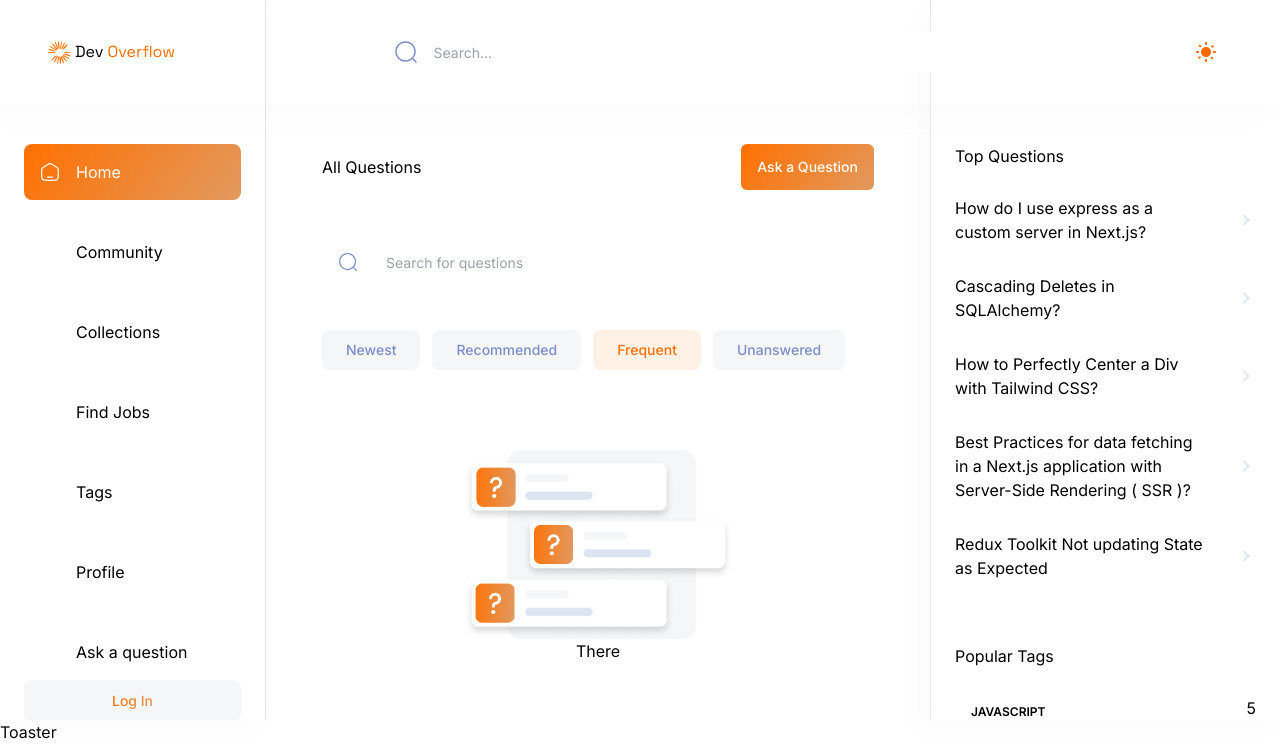
Repository: Saadelfadil/StackOverFlow
Page: /
The author's editor kept a copy of each file at every save. The page is drawn from the files as they stood at one save, then again after a run of saves.
The browser window is 1280 px wide. The pictures show the whole page.
The page's requests for data from a server got no answer. The project was rebuilt for these pictures with package versions that can differ from the ones it lists, and the page was loaded fresh each time. Some packages were replaced by stand-ins written for this rebuild. The framework's server and built-in components were replaced by stand-ins that run in the browser. No one was signed in, and anything a server would have sent is missing. Also part of the build but not shown: next.config.js.

Above is the page before, as saved 2024-01-08 15:02:20.

### app/layout.tsx
import { ClerkProvider } from "@clerk/nextjs";
import React from "react";
import "./globles.css";
import { Inter, Space_Grotesk } from "next/font/google";
import type { Metadata } from "next";
import { ThemeProvider } from "@/context/ThemProvider";

export const metadata: Metadata = {
  title: "Stack Over Flow Clone",
  description: "Stack Over Flow Clone",
  icons: {
    icon: "/assets/images/site-logo.svg",
  },
};

const inter = Inter({
  subsets: ["latin"],
  weight: ["100", "200", "300", "400", "500", "600", "700", "800", "900"],
  variable: "--font-inter",
});

const spaceGrotesk = Space_Grotesk({
  subsets: ["latin"],
  weight: ["300", "400", "500", "600", "700"],
  variable: "--font-spaceGrotesk",
});

export default function RootLayout({
  children,
}: {
  children: React.ReactNode;
}) {
  return (
    <ClerkProvider
      appearance={{
        elements: {
          formButtonPrimary: "primary-gradient",
          footerActionLink: "primary-text-gradient hover:text-primary-500",
        },
      }}
    >
      <html lang="en">
        <body className={`${inter.variable} ${spaceGrotesk.variable}`}>
          <ThemeProvider>
            {children}
          </ThemeProvider>
        </body>
      </html>
    </ClerkProvider>
  );
}

### app/(root)/layout.tsx
import LeftNavbar from "@/components/shared/LeftNavbar";
import RightSidebar from "@/components/shared/RightSidebar";
import Navbar from "@/components/shared/navbar/Navbar";
import React from "react";

const Layout = ({ children }: { children: React.ReactNode }) => {
  return (
    <main className="background-light850_dark100 relative">
      <Navbar />
      <div className="flex">
        <LeftNavbar />
        <section className="flex min-h-screen flex-1 flex-col px-6 pb-6 pt-36 max-md:pb-14 sm:px-14">
          <div className="mx-auto w-full max-w-5xl">{children}</div>
        </section>
        <RightSidebar />
      </div>
      Toaster
    </main>
  );
};

export default Layout;

### app/(root)/(home)/page.tsx
import Filter from "@/components/shared/Filter";
import NoResult from "@/components/shared/NoResult";
import HomeFilters from "@/components/shared/home/HomeFilters";
import LocalSearchbar from "@/components/shared/search/LocalSearchbar";
import { Button } from "@/components/ui/button";
import { HomePageFilters } from "@/constants/filters";
import Link from "next/link";

const questions = [
  // {
  //   _id: "1",
  //   title: "Cascading Deletes in SQLAlchemy?",
  //   tags: [
  //     { _id: "1", name: "python" },
  //     { _id: "2", name: "sql" },
  //   ],
  //   author: "John Doe",
  //   upvotes: 10,
  //   views: 100,
  //   anwsers: 2,
  //   createdAt: "2021-09-01T12:00:00.000Z",
  // },
  // {
  //   _id: "2",
  //   title: "How to center a div?",
  //   tags: [
  //     { _id: "1", name: "css" },
  //     { _id: "2", name: "html" },
  //   ],
  //   author: "John Doe",
  //   upvotes: 10,
  //   views: 100,
  //   anwsers: 2,
  //   createdAt: "2021-09-01T12:00:00.000Z",
  // },
];
export default function Home() {
  return (
    <>
      <div className="flex w-full flex-col-reverse justify-between gap-4 sm:flex-row sm:items-center">
        <h1 className="h1-bold text-dark100_light900">All Questions</h1>
        <Link href={"/ask-question"} className="flex justify-end max-sm:w-full">
          <Button className="primary-gradient min-h-[46px] px-4 py-3 !text-light-900">
            Ask a Question
          </Button>
        </Link>
      </div>

      <div className="mt-11 flex justify-between gap-5 max-sm:flex-col sm:items-center">
        <LocalSearchbar
          route="/"
          iconPosition="left"
          imgSrc="/assets/icons/search.svg"
          placeholder="Search for questions"
          otherClasses="flex-1"
        />
        <Filter
          filters={HomePageFilters}
          otherClasses="min-h-[56px] sm:min-w-[170px]"
          containerClasses="hidden max-md:flex"
        />
      </div>
      <HomeFilters />

      <div className="mt-10 flex w-full flex-col gap-6">
        {questions.length > 0
          ? questions.map((question) => "question")
          : <NoResult />}
      </div>
    </>
  );
}

### context/ThemProvider.tsx
"use client";

import React, { createContext, useState, useEffect, useContext } from "react";

interface ThemeContextType {
  mode: string;
  setMode: (mode: string) => void;
}

const ThemeContext = createContext<ThemeContextType | undefined>(undefined);

export function ThemeProvider({ children }: { children: React.ReactNode }) {
  const [mode, setMode] = useState("");

  const handlesThemeChange = () => {
    if (localStorage.theme === "dark" || (!("theme" in localStorage) && window.matchMedia("(prefers-color-scheme: dark)").matches)) {
      setMode("dark");
      document.documentElement.classList.add("dark");
    } else {
      setMode("light");
      document.documentElement.classList.remove("dark");
    }
  };

  useEffect(() => {
    handlesThemeChange();
  }, [mode]);

  return (
    <ThemeContext.Provider value={{ mode, setMode }}>
      {children}
    </ThemeContext.Provider>
  );
}

export function useTheme() {
  const context = useContext(ThemeContext);
  if (context === undefined) {
    throw new Error("useTheme must be used within a ThemeProvider");
  }

  return context;
}

### components/shared/RightSidebar.tsx
import Image from "next/image";
import Link from "next/link";
import React from "react";
import RenderTag from "./RenderTag";

const hotQuetions = [
  { _id: 1, title: "How do I use express as a custom server in Next.js?" },
  { _id: 2, title: "Cascading Deletes in SQLAlchemy?" },
  { _id: 3, title: "How to Perfectly Center a Div with Tailwind CSS?" },
  {
    _id: 4,
    title:
      "Best Practices for data fetching in a Next.js application with Server-Side Rendering ( SSR )?",
  },
  { _id: 5, title: "Redux Toolkit Not updating State as Expected" },
];

const popularTags = [
  { _id: 1, name: "javascript", totalQuestions: 5 },
  { _id: 2, name: "react", totalQuestions: 5 },
  { _id: 3, name: "next", totalQuestions: 5 },
  { _id: 4, name: "vue", totalQuestions: 2 },
  { _id: 5, name: "redux", totalQuestions: 10 },
];

const RightSidebar = () => {
  return (
    <section className="background-light900_dark200 light-border custom-scrollbar sticky right-0 top-0 flex h-screen w-[350px] flex-col overflow-y-auto border-l p-6 pt-36 shadow-light-300 max-xl:hidden dark:shadow-none">
      <div>
        <h3 className="h3-bold text-dark200_light900">Top Questions</h3>
        <div className="mt-7 flex w-full flex-col gap-[30px]">
          {hotQuetions.map((question) => (
            <Link
              href={`/questions/${question._id}`}
              key={question._id}
              className="flex cursor-pointer items-center justify-between gap-7"
            >
              <p className="body-medium text-dark500_light700">
                {question.title}
              </p>

              <Image
                src="/assets/icons/chevron-right.svg"
                alt="chevron right"
                width={20}
                height={20}
                className="invert-colors"
              />
            </Link>
          ))}
        </div>
      </div>

      <div className="mt-16">
        <h3 className="h3-bold text-dark200_light900">Popular Tags</h3>
        <div className="mt-7 flex flex-col gap-4">
          {popularTags.map((tag) => (
            <RenderTag
              key={tag._id}
              _id={tag._id}
              name={tag.name}
              totalQuestions={tag.totalQuestions}
              showCount
            />
          ))}
        </div>
      </div>
    </section>
  );
};

export default RightSidebar;

### components/shared/navbar/Navbar.tsx
import Link from "next/link";
import Image from "next/image";
import React from "react";
import { SignedIn, UserButton } from "@clerk/nextjs";
import Theme from "./Theme";
import MobileNavbar from "./MobileNavbar";
import GlobalSearch from "../search/GlobalSearch";

const Navbar = () => {
  return (
    <nav className="flex-between background-light900_dark200 fixed z-50 w-full gap-5 p-6 shadow-light-300 sm:px-12 dark:shadow-none">
      <Link href="/" className="flex items-center gap-1">
        <Image
          src="/assets/images/site-logo.svg"
          width={23}
          height={23}
          alt="StackOverFlow"
        />
        <p className="h2-bold font-spaceGrotesk text-dark-100 max-sm:hidden dark:text-light-900">
          Dev <span className="text-primary-500">Overflow</span>
        </p>
      </Link>

      <GlobalSearch />

      <div className="flex-between gap-5">
        <Theme />
        <SignedIn>
          <UserButton
            afterSignOutUrl="/"
            appearance={{
              elements: {
                avatar: "h-10 w-10",
              },
              variables: {
                colorPrimary: "#ff7000",
              },
            }}
          />
        </SignedIn>

        <MobileNavbar />
      </div>
    </nav>
  );
};

export default Navbar;

### components/shared/Filter.tsx
"use client";
import React from "react";
import {
  Select,
  SelectContent,
  SelectItem,
  SelectGroup,
  SelectTrigger,
  SelectValue,
} from "@/components/ui/select";

interface Props {
  filters: {
    name: string;
    value: string;
  }[];
  otherClasses?: string;
  containerClasses?: string;
}

const Filter = ({ filters, otherClasses, containerClasses }: Props) => {
  return (
    <div className={`relative ${containerClasses}`}>
      <Select>
        <SelectTrigger
          className={`${otherClasses} body-regular light-border background-light800_dark300 text-dark500_light700 border px-5 py-2.5`}
        >
          <div className="line-clamp-1 flex-1 text-left">
            <SelectValue placeholder="Select a Filter" />
          </div>
        </SelectTrigger>
        <SelectContent>
          <SelectGroup>
            {filters.map((item) => (
              <SelectItem key={item.value} value={item.value}>
                {item.name}
              </SelectItem>
            ))}
          </SelectGroup>
        </SelectContent>
      </Select>
    </div>
  );
};

export default Filter;

### components/shared/NoResult.tsx
import Image from "next/image";
import React from "react";

const NoResult = () => {
  return (
    <div className="mt-10 flex w-full flex-col items-center justify-center">
        <Image
            src="/assets/images/light-illustration.png"
            alt="No result"
            width={270}
            height={200}
            className="block object-contain dark:hidden"
        />
        <Image
            src="/assets/images/dark-illustration.png"
            alt="No result"
            width={270}
            height={200}
            className="hidden object-contain dark:flex"
        />

        <h2>There</h2>

    </div>
  )
};

export default NoResult;

### components/shared/home/HomeFilters.tsx
"use client";
import { Button } from "@/components/ui/button";
import { HomePageFilters } from "@/constants/filters";
import React from "react";

const HomeFilters = () => {
  const isActive = "frequent";
  return (
    <div className="mt-10 hidden flex-wrap gap-3 md:flex">
      {HomePageFilters.map((item) => (
        <Button
          key={item.value}
          onClick={() => {}}
          className={`body-medium rounded-lg px-6 py-3 capitalize shadow-none ${
            isActive === item.value
              ? "bg-primary-100 text-primary-500"
              : "bg-light-800 text-light-500 hover:bg-light-800 dark:bg-dark-300 dark:text-light-500 dark:hover:bg-dark-300 "
          }`}
        >
          {item.name}
        </Button>
      ))}
    </div>
  );
};

export default HomeFilters;

### components/shared/search/LocalSearchbar.tsx
"use client";
import { Input } from "@/components/ui/input";
import Image from "next/image";
import React from "react";

interface CustomInputProps {
  route: string;
  iconPosition: string;
  imgSrc: string;
  placeholder: string;
  otherClasses: string;
}

const LocalSearchbar = ({
  route,
  iconPosition,
  imgSrc,
  placeholder,
  otherClasses,
}: CustomInputProps) => {
  return (
    <div
      className={`background-light800_darkgradient flex min-h-[56px] grow items-center gap-4 rounded-[10px] px-4 ${otherClasses}`}
    >
      {iconPosition === "left" && (
        <Image
          src={imgSrc}
          alt="search icon"
          width={20}
          height={20}
          className="cursor-pointer"
        />
      )}

      <Input
        type="text"
        placeholder={placeholder}
        value={""}
        onChange={() => {}}
        className="paragraph-regular no-focus placeholder background-light800_darkgradient border-none shadow-none outline-none "
      />

      {iconPosition === "right" && (
        <Image
          src={imgSrc}
          alt="search icon"
          width={20}
          height={20}
          className="cursor-pointer"
        />
      )}

    </div>
  );
};

export default LocalSearchbar;

### components/ui/button.tsx
import * as React from "react"
import { Slot } from "@radix-ui/react-slot"
import { cva, type VariantProps } from "class-variance-authority"

import { cn } from "@/lib/utils"

const buttonVariants = cva(
  "inline-flex items-center justify-center whitespace-nowrap rounded-md text-sm font-medium ring-offset-background transition-colors focus-visible:outline-none focus-visible:ring-2 focus-visible:ring-ring focus-visible:ring-offset-2 disabled:pointer-events-none disabled:opacity-50",
  {
    variants: {
      variant: {
        default: "bg-primary text-primary-foreground hover:bg-primary/90",
        destructive:
          "bg-destructive text-destructive-foreground hover:bg-destructive/90",
        outline:
          "border border-input bg-background hover:bg-accent hover:text-accent-foreground",
        secondary:
          "bg-secondary text-secondary-foreground hover:bg-secondary/80",
        ghost: "hover:bg-accent hover:text-accent-foreground",
        link: "text-primary underline-offset-4 hover:underline",
      },
      size: {
        default: "h-10 px-4 py-2",
        sm: "h-9 rounded-md px-3",
        lg: "h-11 rounded-md px-8",
        icon: "h-10 w-10",
      },
    },
    defaultVariants: {
      variant: "default",
      size: "default",
    },
  }
)

export interface ButtonProps
  extends React.ButtonHTMLAttributes<HTMLButtonElement>,
    VariantProps<typeof buttonVariants> {
  asChild?: boolean
}

const Button = React.forwardRef<HTMLButtonElement, ButtonProps>(
  ({ className, variant, size, asChild = false, ...props }, ref) => {
    const Comp = asChild ? Slot : "button"
    return (
      <Comp
        className={cn(buttonVariants({ variant, size, className }))}
        ref={ref}
        {...props}
      />
    )
  }
)
Button.displayName = "Button"

export { Button, buttonVariants }

### constants/constants.ts
import { SidebarLink } from "@/types";

export const themes = [
  { value: "light", label: "Light", icon: "/assets/icons/sun.svg" },
  { value: "dark", label: "Dark", icon: "/assets/icons/moon.svg" },
  { value: "system", label: "System", icon: "/assets/icons/computer.svg" },
];
export const sidebarLinks: SidebarLink[] = [
  {
    imgURL: "/assets/icons/home.svg",
    route: "/",
    label: "Home",
  },
  {
    imgURL: "/assets/icons/users.svg",
    route: "/community",
    label: "Community",
  },
  {
    imgURL: "/assets/icons/star.svg",
    route: "/collection",
    label: "Collections",
  },
  {
    imgURL: "/assets/icons/suitcase.svg",
    route: "/jobs",
    label: "Find Jobs",
  },
  {
    imgURL: "/assets/icons/tag.svg",
    route: "/tags",
    label: "Tags",
  },
  {
    imgURL: "/assets/icons/user.svg",
    route: "/profile",
    label: "Profile",
  },
  {
    imgURL: "/assets/icons/question.svg",
    route: "/ask-question",
    label: "Ask a question",
  },
];
export const BADGE_CRITERIA = {
  QUESTION_COUNT: { BRONZE: 10, SILVER: 50, GOLD: 100 },
  ANSWER_COUNT: {
    BRONZE: 10,
    SILVER: 50,
    GOLD: 100,
  },
  QUESTION_UPVOTES: {
    BRONZE: 10,
    SILVER: 50,
    GOLD: 100,
  },
  ANSWER_UPVOTES: {
    BRONZE: 10,
    SILVER: 50,
    GOLD: 100,
  },
  TOTAL_VIEWS: {
    BRONZE: 1000,
    SILVER: 10000,
    GOLD: 100000,
  },
};

### components/shared/RenderTag.tsx
import Link from "next/link";
import React from "react";
import { Badge } from "../ui/badge";

interface Props {
  _id: number;
  name: string;
  totalQuestions: number;
  showCount?: boolean;
}

const RenderTag = ({ _id, name, totalQuestions, showCount }: Props) => {
  return (
    <Link
    href={`/tags/${_id}`}
    className="flex justify-between gap-2"
    >
        <Badge className="subtle-medium background-light800_dark300 text-light400_light500 rounded-md border-none px-4 py-2 uppercase ">
            {name}
        </Badge>
        {showCount && (
            <p className="small-medium text-dark500_light700">
                {totalQuestions}
            </p>
        )}
    </Link>
  )
};

export default RenderTag;

### components/shared/navbar/Theme.tsx
"use client";
import React from "react";
import { useTheme } from "@/context/ThemProvider";
import {
  Menubar,
  MenubarContent,
  MenubarItem,
  MenubarMenu,
  MenubarTrigger,
} from "@/components/ui/menubar";
import Image from "next/image";
import { themes } from "@/constants/constants";

const Theme = () => {
  const { mode, setMode } = useTheme();
  return (
    <Menubar className="relative border-none bg-transparent shadow-none">
      <MenubarMenu>
        <MenubarTrigger className="focus:bg-light-900 data-[state-open]:bg-light-900 dark:focus:bg-dark-200 dark:data-[state=open]:bg-dark-200">
          {mode === "light" ? (
            <Image
              src="/assets/icons/sun.svg"
              alt="sun"
              width={20}
              height={20}
              className="active-theme"
            />
          ) : (
            <Image
              src="/assets/icons/moon.svg"
              alt="moon"
              width={20}
              height={20}
              className="active-theme"
            />
          )}
        </MenubarTrigger>
        <MenubarContent className="absolute right-[-3rem] mt-3 min-w-[120px] rounded border py-2 dark:border-dark-400 dark:bg-dark-300 ">
          {themes.map((item) => (
            <MenubarItem
              key={item.value}
              className="flex items-center gap-4 px-2.5 py-2 dark:focus:bg-dark-400 "
              onClick={() => {
                setMode(item.value);
                if (item.value !== "system") localStorage.theme = item.value;
                else localStorage.removeItem("theme");
              }}
            >
              <Image
                src={item.icon}
                alt={item.value}
                width={16}
                height={16}
                className={`${mode === item.value && "active-theme"}`}
              />
              <p
                className={`body-semibold text-light-500  ${
                  mode === item.value
                    ? "text-primary-500"
                    : "text-dark100_light900"
                }`}
              >
                {item.label}
              </p>
            </MenubarItem>
          ))}
        </MenubarContent>
      </MenubarMenu>
    </Menubar>
  );
};

export default Theme;

### components/shared/search/GlobalSearch.tsx
import { Input } from "@/components/ui/input";
import Image from "next/image";
import React from "react";

const GlobalSearch = () => {
  return (
    <div className="relative w-full max-w-[600px] max-lg:hidden ">
      <div className="background-light800_darkgradient relative flex min-h-[56px] grow items-center gap-1 rounded-xl px-4 ">
        <Image
          src="/assets/icons/search.svg"
          alt="search"
          width={24}
          height={24}
          className="cursor-pointer"
        />
        <Input
          type="text"
          placeholder="Search..."
          className="paragraph-regular no-focus placeholder background-light800_darkgradient border-none shadow-none outline-none "
        />
      </div>
    </div>
  );
};

export default GlobalSearch;

### components/ui/input.tsx
import * as React from "react"

import { cn } from "@/lib/utils"

export interface InputProps
  extends React.InputHTMLAttributes<HTMLInputElement> {}

const Input = React.forwardRef<HTMLInputElement, InputProps>(
  ({ className, type, ...props }, ref) => {
    return (
      <input
        type={type}
        className={cn(
          "flex h-10 w-full rounded-md border border-input bg-background px-3 py-2 text-sm ring-offset-background file:border-0 file:bg-transparent file:text-sm file:font-medium placeholder:text-muted-foreground focus-visible:outline-none focus-visible:ring-2 focus-visible:ring-ring focus-visible:ring-offset-2 disabled:cursor-not-allowed disabled:opacity-50",
          className
        )}
        ref={ref}
        {...props}
      />
    )
  }
)
Input.displayName = "Input"

export { Input }

### components/ui/badge.tsx
import * as React from "react"
import { cva, type VariantProps } from "class-variance-authority"

import { cn } from "@/lib/utils"

const badgeVariants = cva(
  "inline-flex items-center rounded-full border px-2.5 py-0.5 text-xs font-semibold transition-colors focus:outline-none focus:ring-2 focus:ring-ring focus:ring-offset-2",
  {
    variants: {
      variant: {
        default:
          "border-transparent bg-primary text-primary-foreground hover:bg-primary/80",
        secondary:
          "border-transparent bg-secondary text-secondary-foreground hover:bg-secondary/80",
        destructive:
          "border-transparent bg-destructive text-destructive-foreground hover:bg-destructive/80",
        outline: "text-foreground",
      },
    },
    defaultVariants: {
      variant: "default",
    },
  }
)

export interface BadgeProps
  extends React.HTMLAttributes<HTMLDivElement>,
    VariantProps<typeof badgeVariants> {}

function Badge({ className, variant, ...props }: BadgeProps) {
  return (
    <div className={cn(badgeVariants({ variant }), className)} {...props} />
  )
}

export { Badge, badgeVariants }

Loaded but not shown: constants/filters.ts (common file); lib/utils.ts (common file); tailwind.config.ts (common file); components/ui/menubar.tsx (236 lines, source omitted); components/ui/select.tsx (160 lines, source omitted); components/ui/sheet.tsx (140 lines, source omitted); app/globles.css (165 lines, source omitted); components/shared/navbar/MobileNavbar.tsx (110 lines, source omitted); components/shared/LeftNavbar.tsx (83 lines, source omitted)

After the next 2 saves:
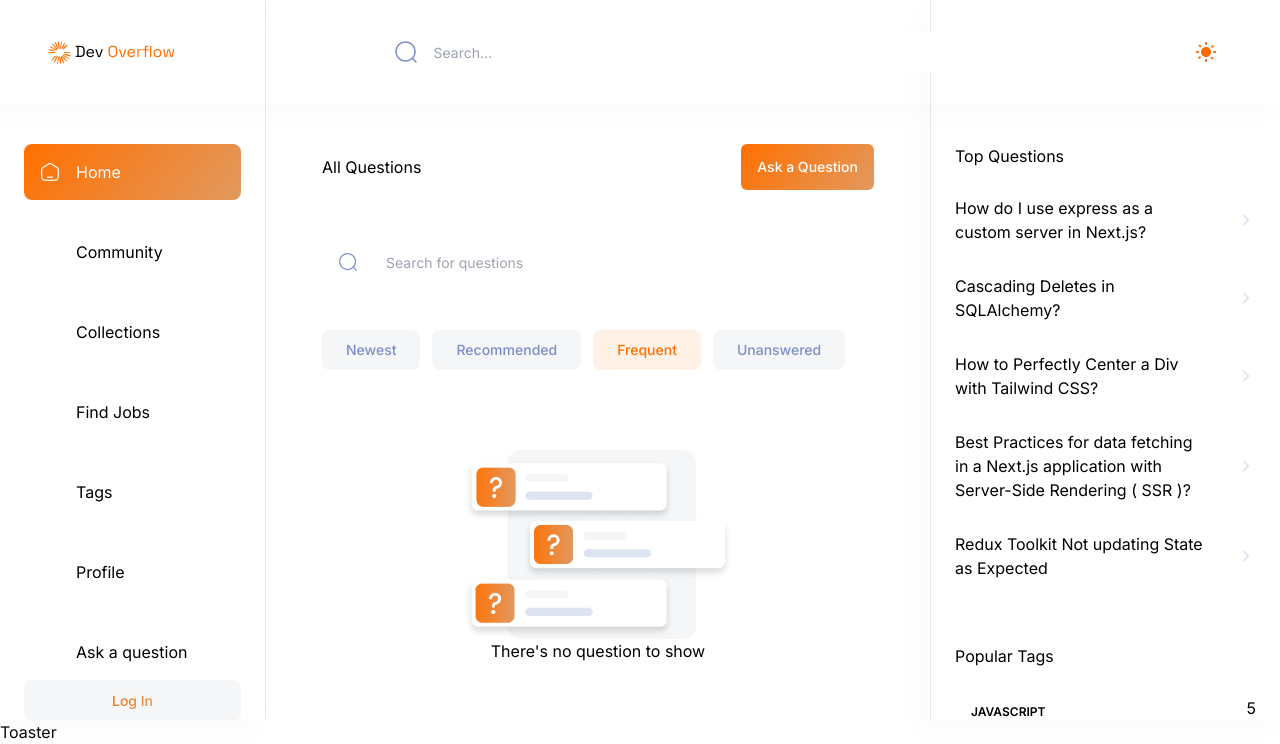
The 2 saves are shown as one change because they came seconds apart.
The last was saved 10 s later.
--- a/components/shared/NoResult.tsx
+++ b/components/shared/NoResult.tsx
@@ -19,7 +19,8 @@ const NoResult = () => {
             className="hidden object-contain dark:flex"
         />
 
-        <h2>There</h2>
+        <h2>There's no question to show</h2>
+        <p></p>
 
     </div>
   )
